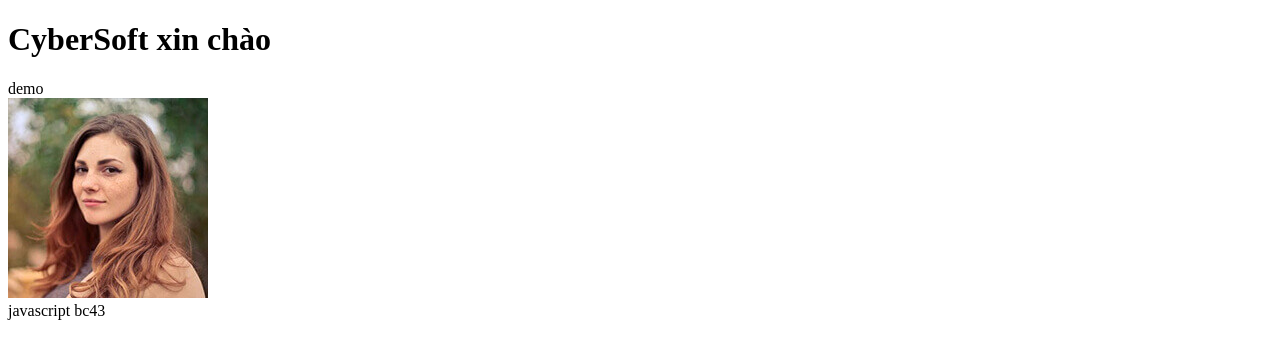
Repository: hcozyph/cyberSoft_JS_fulldocs
Page: JS_buoi1/index.html
These files come from the project's save history. The page is drawn as it stood at one moment and after the next save; the edit follows.
The browser window is 1280 px wide. The pictures show the whole page.

Above is the page before, as saved 2023-01-15 11:13:51.

### JS_buoi1/index.html
<!DOCTYPE html>
<html lang="en">
    <head>
        <meta charset="UTF-8" />
        <meta http-equiv="X-UA-Compatible" content="IE=edge" />
        <meta name="viewport" content="width=h1d, initial-scale=1.0" />
        <title>Document</title>
    </head>
    <body>
        <h1 id="title">Hello cyberSoft -js buổi 1</h1>

        <div id="content">123</div>

        <img id="hinhANh" src="../img/pic1_4.jpg" alt="" />

        <br />
        <script src="./index.js"></script>

        <script src="./jsDom.js"></script>
    </body>
</html>

### JS_buoi1/index.js
            /*
            Các lệnh OUTPUT
            doucument.write: ghi lại nội dung lên html
            alert: hiển thị nội dung lên hộp thoại trên trình duyệt
            */

            document.write("javascript bc43");
            // alert("hello CyberSoft");
            console.log("lỗi đăng nhập thất bại");

            //Khai báo bieesnL đặt tên biến phải có ý nghĩa, tránh trùng 1 số từ khóa
            var thongBao = "lỗi đăng nhập thất bại";

            console.log(thongBao);
            console.log(thongBao);
            console.log(thongBao);
            console.log(thongBao);

            //KIỂU DỮ LIỆU (primative value - giá trị cơ sở  - máy tính đọc cái hiểu liền)
            var luong = 150;
            var soDienThoai = "+84 08989899"; //string
            var hople = true;

            //PHÉP TÍNH SỐ HỌC - TOÁN TỬ - OPERATOR
            var soA = 5;
            var soB = 10;
            var tong = soA + soB;
            var hieu = soA - soB;
            var thuong = soB / soA;
            var soDu = soA % soB;
            console.log(tong);
            console.log(hieu);
            console.log(thuong);
            console.log(soDu);

            console.log(10 + 10);
            console.log("10" + "10");
            console.log("10" * "10");
            // Number('chuoi'): Ép kiểu từ chuỗi sang số, NaN xảy ra khi ép k phải số
            var tong = Number(soA) + Number(soB);

            //Bài tập 1: tính trung bình và in ra màn hình
            var diemToan = 10;
            var diemLy = 8;
            var diemHoa = 9;

            var diemTB = (diemToan + diemLy + diemHoa) / Number(3);

            console.log("Điểm Trung Bình là", diemTB);

            //Bài tập 2: tính chiều dài cạnh huyền của tam giác vuông
            //input
            var canhGV1 = 3;
            var canhGV2 = 4;
            //output: cạnh huyền?
            // Tính căn bậc 2: Math.sqrt(giá_trị), Math.pow(giatri, soMũ)
            var canhHuyen = Math.sqrt(
                Math.pow(canhGV1, 2) + Math.pow(canhGV2, 2)
            );
            console.log("Chiều dài cạnh huyền là", canhHuyen);
            console.log("Chiều dài cạnh huyền là", canhHuyen);

            //Bài tập 3:
            //Chương trình tính số lương trên số giờ làm viêc / tháng
            //Biết rằng số giờ làm việc trong 1 tháng là 150 giờ, 1 giờ làm 20 đô.
            //Tính lương?

            /*
            Mô hình 3 khối:

            input: số giờ làm việc trong 1 tháng
            output: tính số lương
            */
            //input
            var soGioLam = 150;
            var tienCong1H = 20;

            //output
            var tienLuong = 0;

            tienLuonG = soGioLam * tienCong1H;
            console.log("Tiền lương 1 tháng là", tienLuong);

            /*TOÁN TỬ NÂNG CAO*/
            //phép tiền tố, hậu tố
            var soHang = 1;
            soHang = soHang + 1;
            console.log(++soHang); //tiền tố: thực hiện tố trước lệnh sau
            console.log(soHang++); //hậu tố: thực hiện lệnh trước tố sau

            soHang2 = 10;
            soHang2 -= 5; //=> 5

            //Bài 4: Chuyển tiền USD sang VND
            //input:number
            var priceUSD = 987;
            const tigia = 23000;

            //output
            var priceVND = priceUSD * tigia;
            console.log("Số tiền VND là", priceVND.toLocaleString());

### JS_buoi1/jsDom.js
// alert(123);
/*
    Truy xuất đến thẻ thông qua id
    var theH1 = document.getElementById('id');

    theH1.innerHTML
*/

//innerHTML: là phần nội dung ở giữa hai thẻ đóng mở
// document.getElementById('title').innerHTML = 'CyberSoft xin chào';
var theH1 = document.getElementById('title');
theH1.innerHTML = 'CyberSoft xin chào';

var theDivContent = document.getElementById('content');
theDivContent.innerHTML = 'demo';

var theImg = document.getElementById('hinhANh');
theImg.src='../img/pic3_3.jpg'

After the next save:
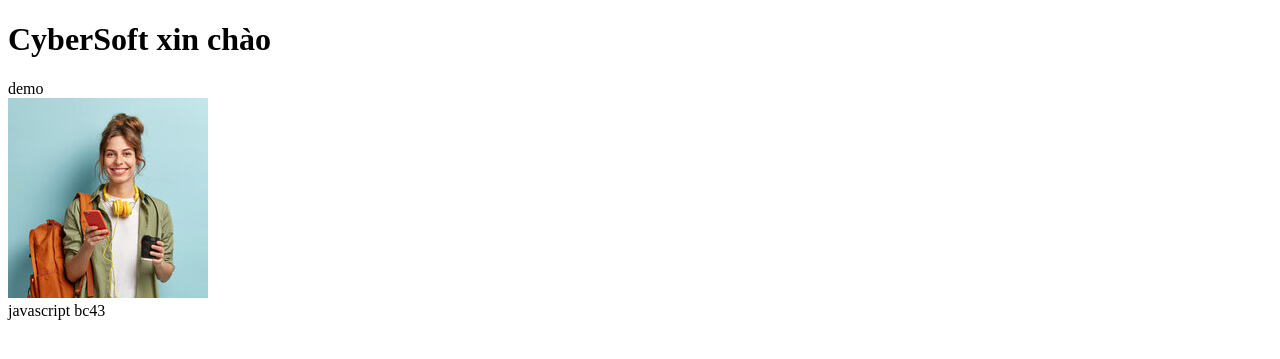
Console error: TypeError: Cannot set properties of null (setting 'src')
Saved 72 s later.
--- a/JS_buoi1/jsDom.js
+++ b/JS_buoi1/jsDom.js
@@ -14,5 +14,5 @@ theH1.innerHTML = 'CyberSoft xin chào';
 var theDivContent = document.getElementById('content');
 theDivContent.innerHTML = 'demo';
 
-var theImg = document.getElementById('hinhANh');
-theImg.src='../img/pic3_3.jpg'
+var theImg = document.getElementById('hinhAnh');
+theImg.src='../img/pic3_3.jpg';
